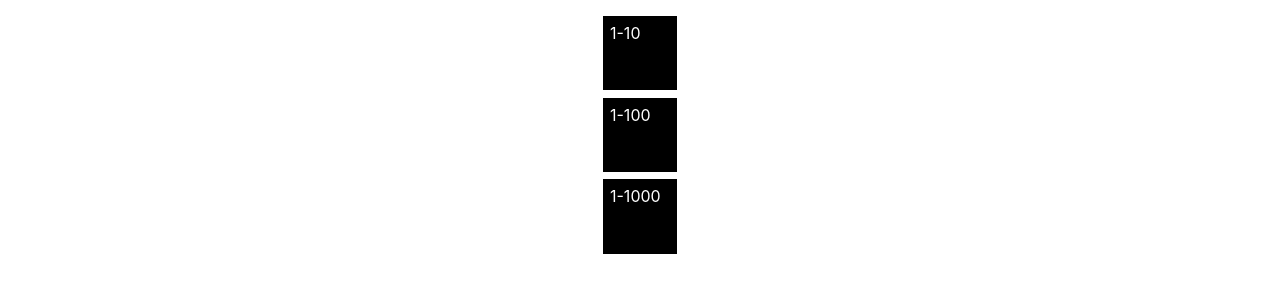
Repository: michalgornicki/number-generator
Page: /
These files come from the project's save history. The page is drawn as it stood at one moment and after a run of saves; the edit follows.
The browser window is 1280 px wide. The pictures show the whole page.
The project was rebuilt for these pictures with package versions that can differ from the ones it lists, and the page was loaded fresh each time.

Above is the page before, as saved 2021-12-03 13:36:38.

### src/App.jsx
import React, { useState } from "react";
import "./App.css";

function App() {
  const [state, setState] = useState([]);

  return (
    <p>
      <div className="button-container">
      <div
        className="button"
        onClick={() => setState([...state, Math.floor(Math.random() * 10)])}
      >1-10</div>
      <div
        className="button"
        onClick={() => setState([...state, Math.floor(Math.random() * 100)])}
      >1-100</div>
      <div
        className="button"
        onClick={() => setState([...state, Math.floor(Math.random() * 1000)])}
      >1-1000</div>
      </div>
      <div className="map">
        {state.map((item) => {
          return <div className="map-item">{item}</div>;
        })}
      </div>
    </p>
  );
}

export default App;

### src/App.css


.button{
    display: block;
    margin:auto;
    width: 60px;
    height: 60px;
    background-color: black;
    color: white;
    padding: 1vmin;
    margin-bottom: 1vmin;
}

.map{
    display: flex;
    flex-wrap: wrap;
    margin: auto;
    text-align: center;
    width: fit-content;
    width: 80%;
}

.map-item{
    padding: 2vmin;
    font-size: 5vmin;
}

Loaded but not shown: public/index.html (common file); src/index.js (common file); src/index.css (common file); src/reportWebVitals.js (common file)

After the next 5 saves:
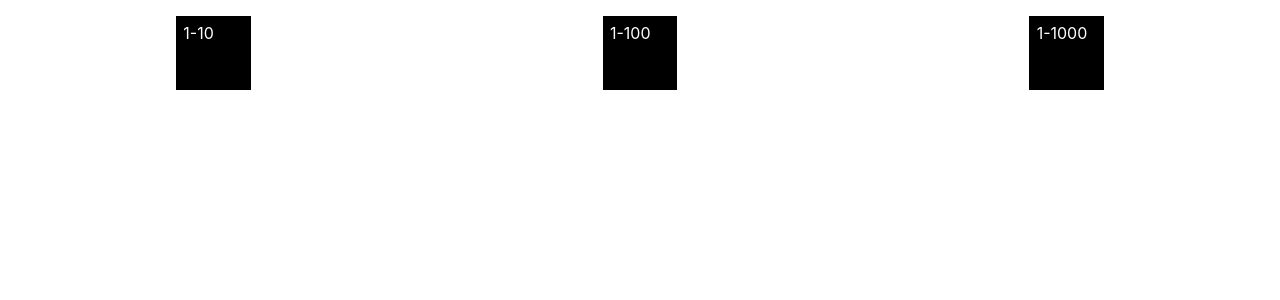
The 5 saves are shown as one change because they came seconds apart.
The last was saved 11 s later.
--- a/src/App.css
+++ b/src/App.css
@@ -1,4 +1,6 @@
-
+.button-container{
+    display: flex;
+}
 
 .button{
     display: block;
